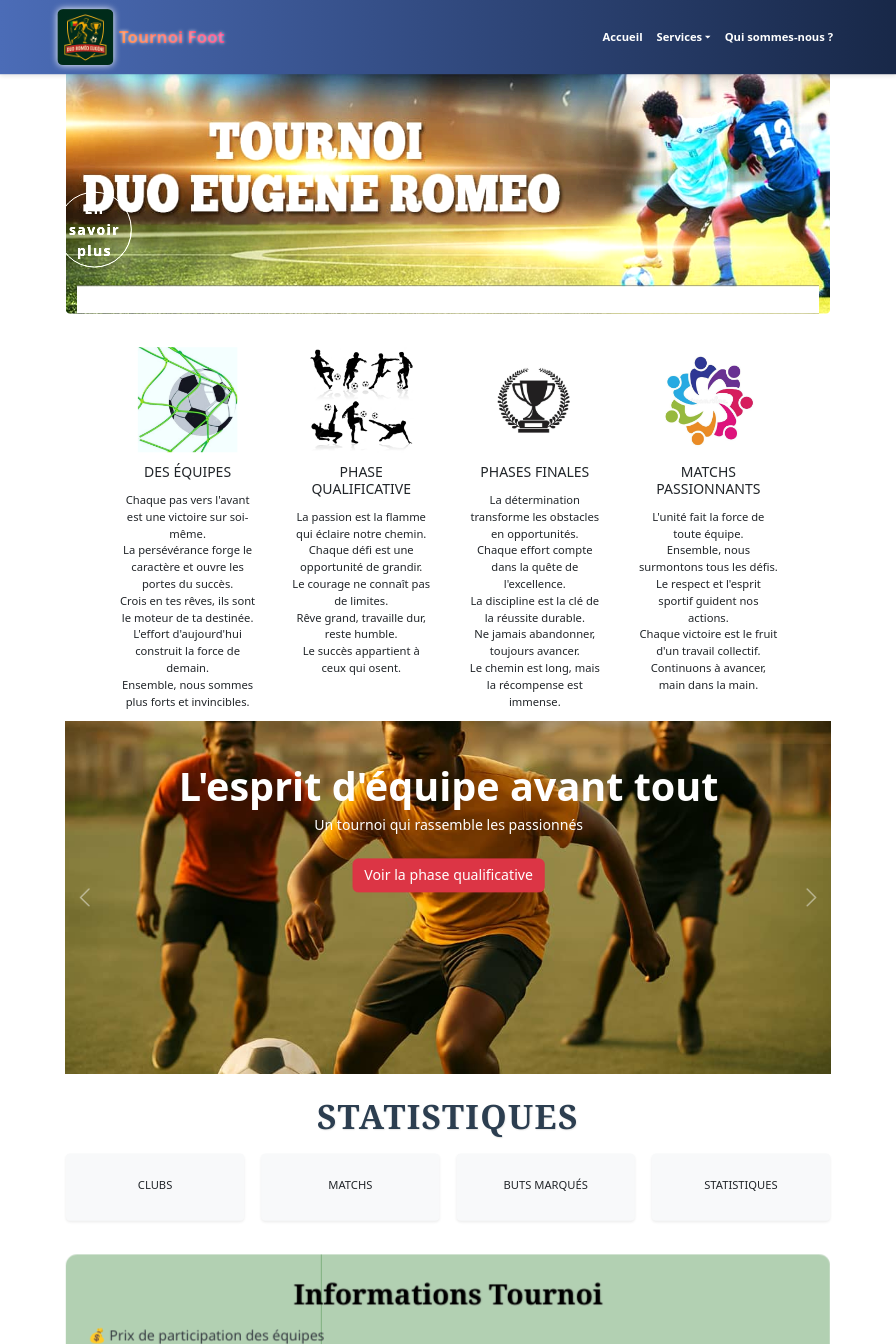
Repository: KILAYOSSI/tournoi_foot
Page: templates/pages/home.html.twig
An editor plug-in stored every save of this project. The page is shown before and after the next save, followed by the edit.
The browser window is 1280 px wide. The pictures show the part of the page from y = 0 to 1920 px (the page is 2670 px tall), at 70% of full size.
The page is a Twig template of a Symfony application; nobody is signed in and links lead nowhere. The template is opened directly, without the code that normally fills it, so the values that code supplies are empty.

Above is the page before, as saved 2025-06-27 02:37:27.

### templates/pages/home.html.twig
{% extends 'base.html.twig' %}

{% block title %}Accueil - Tournoi de Football Inter-Village{% endblock %}

{% block body %}
<div class="container my-5">
    <section class="hero-section position-relative rounded overflow-hidden mb-5" style="height: 400px; border-radius: 0.5rem; background: url('{{ asset('assets/WhatsApp Image 2025-06-25 à 09.55.04_cf4f687a.jpg') }}') center center / cover no-repeat; filter: brightness(1.5);">
        <div class="overlay position-absolute top-0 start-0 w-100 h-100" style="background: rgba(0, 0, 0, 0.3);"></div>
        <div class="hero-content position-relative h-100 d-flex flex-column justify-content-end align-items-center text-white text-center px-3">
            <a href="{{ path('about') }}" class="btn btn-outline-light btn-lg rounded-pill" style="font-weight: 700; letter-spacing: 0.1em; margin-right: 1010px; margin-top: -10px; margin-bottom: 10px;">En savoir plus</a>
            <div class="ticker-container mt-3 w-100" style="position: relative; background-color: rgba(255, 255, 255, 0.8); height: 40px; margin-top: 10px;">
                <div class="ticker-text">
                    Le prix de participation du tournoi est de 12000 FCFA. &nbsp;&nbsp;&nbsp;
                    Chaque équipe doit respecter les règles du jeu. &nbsp;&nbsp;&nbsp;
                    Les matchs durent 90 minutes avec prolongations si nécessaire. &nbsp;&nbsp;&nbsp;
                    Les cartons jaunes et rouges sont strictement appliqués. &nbsp;&nbsp;&nbsp;
                    Le fair-play est essentiel pour le bon déroulement du tournoi. &nbsp;&nbsp;&nbsp;
                </div>
            </div>
        </div>
    </section>
    <div class="icons-container mt-3">
        <div class="d-flex justify-content-center gap-5 flex-wrap text-center">
            <a href="{{ path('clubs_joueurs') }}" class="icon-text text-decoration-none text-dark" style="max-width: 200px;">
                <img src="{{ asset('assets/WhatsApp Image 2025-06-26 à 22.33.43_6d2c76fa.jpg') }}" alt="Icone 1" class="img-fluid mb-3" style="max-height: 150px; object-fit: contain;">
                <h5 class="mb-3">DES ÉQUIPES</h5>
                <p>
                    Chaque pas vers l'avant est une victoire sur soi-même.<br>
                    La persévérance forge le caractère et ouvre les portes du succès.<br>
                    Crois en tes rêves, ils sont le moteur de ta destinée.<br>
                    L'effort d'aujourd'hui construit la force de demain.<br>
                    Ensemble, nous sommes plus forts et invincibles.
                </p>
            </a>
            <a href="{{ path('phase_qualificative') }}" class="icon-text text-decoration-none text-dark" style="max-width: 200px;">
                <img src="{{ asset('assets/WhatsApp Image 2025-06-26 à 22.33.43_91d2cb3c.jpg') }}" alt="Icone 2" class="img-fluid mb-3" style="max-height: 150px; object-fit: contain;">
                <h5 class="mb-3">PHASE QUALIFICATIVE</h5>
                <p>
                    La passion est la flamme qui éclaire notre chemin.<br>
                    Chaque défi est une opportunité de grandir.<br>
                    Le courage ne connaît pas de limites.<br>
                    Rêve grand, travaille dur, reste humble.<br>
                    Le succès appartient à ceux qui osent.
                </p>
            </a>
            <a href="{{ path('phase_finale') }}" class="icon-text text-decoration-none text-dark" style="max-width: 200px;">
                <img src="{{ asset('assets/WhatsApp Image 2025-06-26 à 22.33.45_8dd9a1c0.jpg') }}" alt="Icone 3" class="img-fluid mb-3" style="max-height: 150px; object-fit: contain;">
                 <h5 class="mb-3">PHASES FINALES</h5>
                <p>
                    La détermination transforme les obstacles en opportunités.<br>
                    Chaque effort compte dans la quête de l'excellence.<br>
                    La discipline est la clé de la réussite durable.<br>
                    Ne jamais abandonner, toujours avancer.<br>
                    Le chemin est long, mais la récompense est immense.
                </p>
            </a>
            <a href="{{ path('calendrier') }}" class="icon-text text-decoration-none text-dark" style="max-width: 200px;">
                <img src="{{ asset('assets/WhatsApp Image 2025-06-25 à 00.20.17_b34a09f6.jpg') }}" alt="Icone 4" class="img-fluid mb-3" style="max-height: 150px; object-fit: contain;">
                 <h5 class="mb-3">MATCHS PASSIONNANTS</h5>
                <p>
                    L'unité fait la force de toute équipe.<br>
                    Ensemble, nous surmontons tous les défis.<br>
                    Le respect et l'esprit sportif guident nos actions.<br>
                    Chaque victoire est le fruit d'un travail collectif.<br>
                    Continuons à avancer, main dans la main.
                </p>
            </a>
        </div>
    </div>
<section id="heroCarousel" class="carousel slide carousel-fade" data-bs-ride="carousel" data-bs-interval="3000" data-bs-pause="false" style="height: 70vh; overflow: hidden;">
        <div class="carousel-inner h-100">
            <div class="carousel-item active carousel-item" style="background: url('{{ asset('assets/WhatsApp Image 2025-06-02 à 13.04.58_57d057cd.jpg') }}') center center / cover no-repeat; height: 70vh; position: relative; animation: kenBurnsZoom 20s ease-in-out infinite;">
                <div class="carousel-caption d-flex flex-column justify-content-center align-items-center h-100 text-center text-white" style="bottom: 20%;">
                    <h1 class="display-4 fw-bold animate__animated animate__fadeInDown">Vivez la passion du football</h1>
                    <p class="lead animate__animated animate__fadeInUp">Rejoignez-nous pour un tournoi inoubliable</p>
                    <a href="{{ path('clubs_joueurs') }}" class="btn btn-primary btn-lg mt-3 animate__animated animate__fadeInUp">Découvrir les équipes</a>
                </div>
            </div>
            <div class="carousel-item carousel-item" style="background: url('{{ asset('assets/WhatsApp Image 2025-06-26 à 02.39.00_f792be52.jpg') }}') center center / cover no-repeat; height: 70vh; position: relative; animation: kenBurnsZoom 20s ease-in-out infinite;">
                <div class="carousel-caption d-flex flex-column justify-content-center align-items-center h-100 text-center text-white" style="bottom: 20%;">
                    <h1 class="display-4 fw-bold animate__animated animate__fadeInDown">L'esprit d'équipe avant tout</h1>
                    <p class="lead animate__animated animate__fadeInUp">Un tournoi qui rassemble les passionnés</p>
                    <a href="{{ path('phase_qualificative') }}" class="btn btn-danger btn-lg mt-3 animate__animated animate__fadeInUp">Voir la phase qualificative</a>
                </div>
            </div>
            <div class="carousel-item carousel-item" style="background: url('{{ asset('assets/WhatsApp Image 2025-06-26 à 22.33.44_536a08b8.jpg') }}') center center / cover no-repeat; height: 70vh; position: relative; animation: kenBurnsZoom 20s ease-in-out infinite;">
                <div class="carousel-caption d-flex flex-column justify-content-center align-items-center h-100 text-center text-white" style="bottom: 20%;">
                    <h1 class="display-4 fw-bold animate__animated animate__fadeInDown">Vivez l'émotion des phases finales</h1>
                    <p class="lead animate__animated animate__fadeInUp">Des matchs intenses et passionnants</p>
                    <a href="{{ path('phase_finale') }}" class="btn btn-success btn-lg mt-3 animate__animated animate__fadeInUp">Voir les phases finales</a>
                </div>
            </div>
        </div>
        <button class="carousel-control-prev" type="button" data-bs-target="#heroCarousel" data-bs-slide="prev" style="width: 5%;">
            <span class="carousel-control-prev-icon" aria-hidden="true"></span>
            <span class="visually-hidden">Précédent</span>
        </button>
        <button class="carousel-control-next" type="button" data-bs-target="#heroCarousel" data-bs-slide="next" style="width: 5%;">
            <span class="carousel-control-next-icon" aria-hidden="true"></span>
            <span class="visually-hidden">Suivant</span>
        </button>
    </section>

    <style>
        @keyframes kenBurnsZoom {
            0% {
                transform: scale(1) translate(0, 0);
            }
            50% {
                transform: scale(1.1) translate(10px, 10px);
            }
            100% {
                transform: scale(1) translate(0, 0);
            }
        }
        .carousel-item {
            height: 100vh;
            background-size: cover;
            background-position: center;
            position: relative;
        }
        .carousel-caption {
            bottom: 20%;
            animation: fadeInUp 1s ease-in-out;
        }
        @keyframes fadeInUp {
            from {
                opacity: 0;
                transform: translate3d(0, 40px, 0);
            }
            to {
                opacity: 1;
                transform: none;
            }
        }
        @media (max-width: 768px) {
            .carousel-caption h1 {
                font-size: 1.8rem;
            }
            .carousel-caption p {
                font-size: 1rem;
            }
            .carousel-caption .btn {
                font-size: 0.9rem;
                padding: 0.5rem 1rem;
            }
        }
    </style>




    <section>
        <h2 class="mb-4 text-center" style="font-family: 'Georgia', serif; font-weight: 700; font-size: 3rem; color: #2c3e50; text-shadow: 1px 1px 2px rgba(0,0,0,0.1); letter-spacing: 2px; margin-top: 2rem;">STATISTIQUES</h2>
        <div class="row text-center g-4">
            <div class="col-md-3">
                <div class="stat-card p-4 rounded shadow-sm bg-light number-font number-animated number-test">
            <h3 class="fw-bold display-1">{{ clubsCount }}</h3>
            <p>CLUBS</p>
                </div>
            </div>
            <div class="col-md-3">
                <div class="stat-card p-4 rounded shadow-sm bg-light number-font number-animated number-test">
            <h3 class="fw-bold display-1">{{ matchsCount }}</h3>
            <p>MATCHS</p>
                </div>
            </div>
            <div class="col-md-3">
                <div class="stat-card p-4 rounded shadow-sm bg-light number-font number-animated number-test">
            <h3 class="fw-bold display-1">{{ butsCount }}</h3>
            <p>BUTS MARQUÉS</p>
                </div>
            </div>
            <div class="col-md-3">
                <div class="stat-card p-4 rounded shadow-sm bg-light number-font number-animated number-test">
            <h3 class="fw-bold display-1">{{ statistiquesCount }}</h3>
            <p>STATISTIQUES</p>
                </div>
            </div>
        </div>
    </section>

    <section class="info-tournoi-card" style="background: rgba(0, 100, 0, 0.3); backdrop-filter: blur(10px); border-radius: 1rem; padding: 2rem; margin-top: 3rem; color: #343a40; font-family: 'Segoe UI', Tahoma, Geneva, Verdana, sans-serif;">
        <h4 style="font-family: 'Georgia', serif; font-size: 2.5rem; font-weight: 700; color: #000000; text-align: center; text-shadow: 1px 1px 2px rgba(0, 0, 0, 0.3); margin-bottom: 1.5rem;">Informations Tournoi</h4>
        <div>
            <h5>💰 Prix de participation des équipes</h5>
            <p>Chaque équipe doit payer un montant de <strong>12 000 FCFA</strong> pour participer au tournoi.</p>

            <h5>🎯 Règle du jeu</h5>
            <p>Le tournoi se déroule en phases de poules suivies d'une phase finale à élimination directe. Chaque match dure <strong>90 minutes</strong>, avec tirs au but en cas d’égalité.</p>

            <h5>🚨 Prix des cartons et sanctions</h5>
            <ul>
                <li>🟨 <strong>Carton jaune</strong> : Avertissement</li>
                <li>🟥 <strong>Carton rouge</strong> : Expulsion immédiate du joueur</li>
                <li>⚠ <strong>3 cartons jaunes</strong> : Suspension d’un match</li>
                <li>❌ <strong>Comportement antisportif</strong> : Sanctions pouvant aller jusqu’à l’exclusion du tournoi</li>
            </ul>
        </div>
    </section>
</div>
{% endblock %}

### templates/base.html.twig
<!DOCTYPE html>
<html lang="fr">
<head>
    <meta charset="UTF-8" />
    <meta name="viewport" content="width=device-width, initial-scale=1" />
    <title>{% block title %}Tournoi de Football Inter-Village{% endblock %}</title>
    <link href="https://cdn.jsdelivr.net/npm/bootstrap@5.3.0/dist/css/bootstrap.min.css" rel="stylesheet" />
    <link rel="stylesheet" href="{{ asset('css/style.css') }}" />
    <link rel="stylesheet" href="{{ asset('css/custom_home.css') }}" />
    {% block stylesheets %}{% endblock %}
</head>
<body>
    <header>
        <nav class="navbar navbar-expand-lg fixed-top" style="background: linear-gradient(90deg, #4b6cb7 0%, #182848 100%); box-shadow: 0 4px 6px rgba(0,0,0,0.1);">
            <div class="container">
                <a class="navbar-brand d-flex align-items-center" href="{{ path('home') }}" style="font-weight: bold; font-size: 1.5rem; color: white; text-shadow: 0 0 5px rgba(255,255,255,0.7);">
<img src="{{ asset('assets/WhatsApp Image 2025-06-23 à 13.44.55_704b8a70.jpg') }}" alt="Logo" height="80" class="d-inline-block align-text-top me-2" style="filter: drop-shadow(0 0 5px #fff); border-radius: 0.5rem; max-height: 100px; max-width: 100px; object-fit: contain;"/>
                    <span style="background: linear-gradient(45deg, #ff6a00, #ee0979); -webkit-background-clip: text; -webkit-text-fill-color: transparent;">Tournoi Foot</span>
                </a>
                <button
                    class="navbar-toggler border-0"
                    type="button"
                    data-bs-toggle="collapse"
                    data-bs-target="#megaNavbar"
                    aria-controls="megaNavbar"
                    aria-expanded="false"
                    aria-label="Toggle navigation"
                >
                    <span class="navbar-toggler-icon" style="filter: invert(1);"></span>
                </button>

                <div class="collapse navbar-collapse" id="megaNavbar">
                    <ul class="navbar-nav ms-auto mb-2 mb-lg-0 fw-semibold">
                        <li class="nav-item">
                            <a class="nav-link text-white d-flex align-items-center" href="{{ path('home') }}">
                                <i class="fas fa-home me-1"></i> Accueil
                            </a>
                        </li>
                        <li class="nav-item dropdown">
                            <a class="nav-link dropdown-toggle text-white d-flex align-items-center" href="#" id="servicesDropdown" role="button" data-bs-toggle="dropdown" aria-expanded="false">
                                <i class="fas fa-star me-1"></i> Services
                            </a>
                            <ul class="dropdown-menu dropdown-menu-dark" aria-labelledby="servicesDropdown" style="background: linear-gradient(135deg, #667eea, #764ba2); border: none; box-shadow: 0 4px 10px rgba(0,0,0,0.3);">
                                <li><a class="dropdown-item text-white" href="{{ path('vote') }}"><i class="fas fa-vote-yea me-2"></i> Vote</a></li>
                                <li><a class="dropdown-item text-white" href="{{ path('match_du_jour') }}"><i class="fas fa-futbol me-2"></i> Matchs du jour</a></li>
                                <li><a class="dropdown-item text-white" href="{{ path('statistiques') }}"><i class="fas fa-chart-bar me-2"></i> Statistiques</a></li>
                                <li><a class="dropdown-item text-white" href="{{ path('calendrier') }}"><i class="fas fa-calendar-alt me-2"></i> Calendrier</a></li>
                                <li><a class="dropdown-item text-white" href="{{ path('clubs_joueurs') }}"><i class="fas fa-users me-2"></i> Clubs & Joueurs</a></li>
                            </ul>
                        </li>
                        <li class="nav-item">
                            <a class="nav-link text-white d-flex align-items-center" href="{{ path('about') }}">
                                <i class="fas fa-info-circle me-1"></i> Qui sommes-nous ?
                            </a>
                        </li>
                        <li class="nav-item">
                            {# Suppression du menu Contact #}
                        </li>
                    </ul>
                </div>
            </div>
        </nav>
    </header>

    <main class="container my-4">
        {% block body %}{% endblock %}
    </main>

    {% include 'includes/footer.html.twig' %}

    <script src="https://cdn.jsdelivr.net/npm/bootstrap@5.3.0/dist/js/bootstrap.bundle.min.js"></script>
    {% block javascripts %}
    {% endblock %}
</body>
</html>

### templates/includes/footer.html.twig
<footer style="background-color:#002147; color:white; font-family:Arial, sans-serif; padding:40px 20px 20px 20px;">
    <div style="display:flex; flex-wrap:wrap; justify-content:space-between; max-width:1200px; margin:auto;">

        <!-- Logo & Nom -->
        <div style="flex:1; min-width:200px; margin-bottom:20px;">
            <h2 style="color:white;">Duo Eugène.com</h2>
            <p style="line-height:1.5;">© 2025 Tous droits réservés.</p>
        </div>

        <!-- Liens principaux -->
        <div style="flex:1; min-width:200px; margin-bottom:20px;">
            <h4>Navigation</h4>
            <ul style="list-style:none; padding:0;">
                <li><a href="{{ path('about') }}" style="color:white; text-decoration:none;">À propos</a></li>
                <li><a href="{{ path('home') }}" style="color:white; text-decoration:none;">Accueil</a></li>
                <li><a href="{{ path('match_du_jour') }}" style="color:white; text-decoration:none;">Match jour</a></li>
                <li><a href="{{ path('statistiques') }}" style="color:white; text-decoration:none;">Statistiques</a></li>
                <li><a href="{{ path('calendrier') }}" style="color:white; text-decoration:none;">Calendrier</a></li>
                <li><a href="{{ path('clubs_joueurs') }}" style="color:white; text-decoration:none;">Clubs & joueurs</a></li>
                <li><a href="#" style="color:white; text-decoration:none;">Gestion des compétitions</a></li>
            </ul>
        </div>

        <!-- Réseaux sociaux -->
        <div style="flex:1; min-width:200px; margin-bottom:20px;">
            <h4>Suivez-nous sur</h4>
            <p>
                <a href="#" style="color:white; margin-right:10px;">WhatsApp</a>
                <a href="#" style="color:white; margin-right:10px;">Facebook</a>
                <a href="#" style="color:white;">TikTok</a>
            </p>

            <h4>Langue</h4>
            <select style="padding:5px; border-radius:5px;">
                <option value="fr">Français</option>
                <option value="en">English</option>
            </select>
        </div>
    </div>

    <hr style="margin:30px auto; width:90%; border-color:#ccc;">

    <!-- Conditions légales -->
    <div style="text-align:center; font-size:14px;">
        <a href="#" style="color:white; margin:0 10px; text-decoration:none;">Conditions d'utilisation</a>
        <a href="#" style="color:white; margin:0 10px; text-decoration:none;">Politique de confidentialité</a>
        <a href="#" style="color:white; margin:0 10px; text-decoration:none;">Politique de cookies</a>
        <a href="#" style="color:white; margin:0 10px; text-decoration:none;">Paramètres des cookies</a>
    </div>
</footer>

### public/css/style.css
/* Style CSS with hover effect green, enlarged statistics title and numbers */

.navbar-nav .nav-link.dropdown-toggle.fs-4.fw-bold.text-danger {
    color: #28a745 !important; /* green color */
}

.navbar-nav .dropdown-menu {
    border: 2px solid #28a745 !important; /* green border */
}

.navbar-nav .nav-link.statistiques-link {
    font-size: 1.2rem;
    font-weight: bold;
    color: #28a745 !important;
}

.cartons-table tbody tr:hover {
    transform: translateY(-5px);
    background-color: #d4edda; /* light green background on hover */
}

h1.text-center.mb-4.fw-bold {
    font-size: 2.5rem !important; /* enlarged title */
    color: #28a745 !important;
}

/* Additional styling for footer */
footer.bg-dark.text-white.text-center.py-5 {
    font-size: 1.1rem;
}

/* Add any other styles you remember from your modifications here */

### public/css/custom_home.css
.custom-margin {
    margin-right: 20px !important;
    float: left !important;
}

.margin-right-only {
    margin-right: 20px !important;
}

/* Styles pour le ticker d'informations défilantes */
.ticker-container {
    width: 100%;
    overflow: hidden;
    background-color: transparent;
    border-top: 1px solid #000;
    border-bottom: 1px solid #000;
    padding: 10px 0;
    box-sizing: border-box;
    position: relative;
    height: 30px;
}

.ticker-text {
    display: inline-block;
    white-space: nowrap;
    color: black;
    font-size: 1rem;
    position: absolute;
    will-change: transform;
    animation: ticker-scroll 15s linear infinite;
}

@keyframes ticker-scroll {
    0% {
        transform: translateX(100%);
    }
    100% {
        transform: translateX(-100%);
    }
}

After the next save:
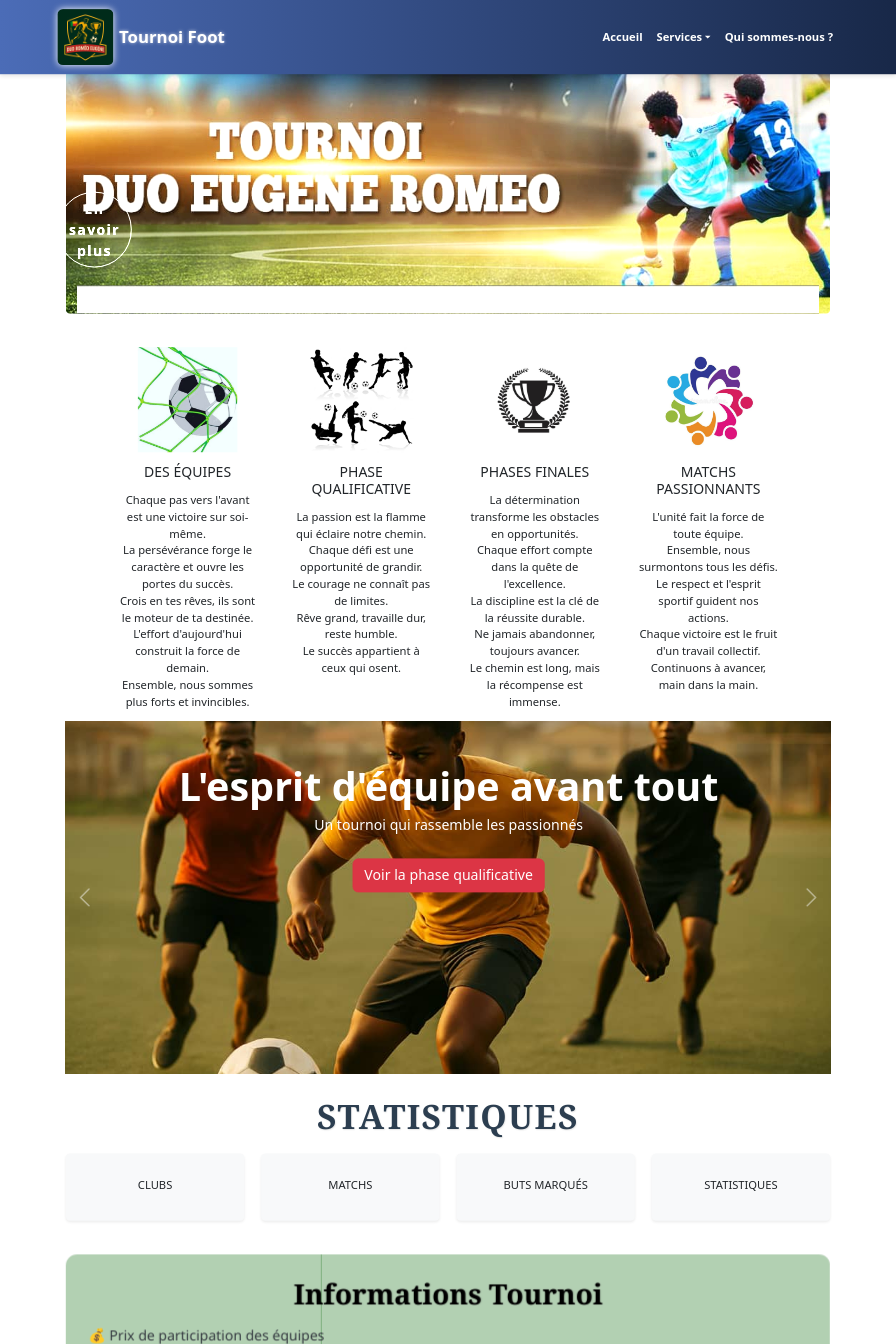
Saved 2 min 2 s later.
--- a/templates/base.html.twig
+++ b/templates/base.html.twig
@@ -15,7 +15,7 @@
             <div class="container">
                 <a class="navbar-brand d-flex align-items-center" href="{{ path('home') }}" style="font-weight: bold; font-size: 1.5rem; color: white; text-shadow: 0 0 5px rgba(255,255,255,0.7);">
 <img src="{{ asset('assets/WhatsApp Image 2025-06-23 à 13.44.55_704b8a70.jpg') }}" alt="Logo" height="80" class="d-inline-block align-text-top me-2" style="filter: drop-shadow(0 0 5px #fff); border-radius: 0.5rem; max-height: 100px; max-width: 100px; object-fit: contain;"/>
-                    <span style="background: linear-gradient(45deg, #ff6a00, #ee0979); -webkit-background-clip: text; -webkit-text-fill-color: transparent;">Tournoi Foot</span>
+                    <span style="color: white;">Tournoi Foot</span>
                 </a>
                 <button
                     class="navbar-toggler border-0"
